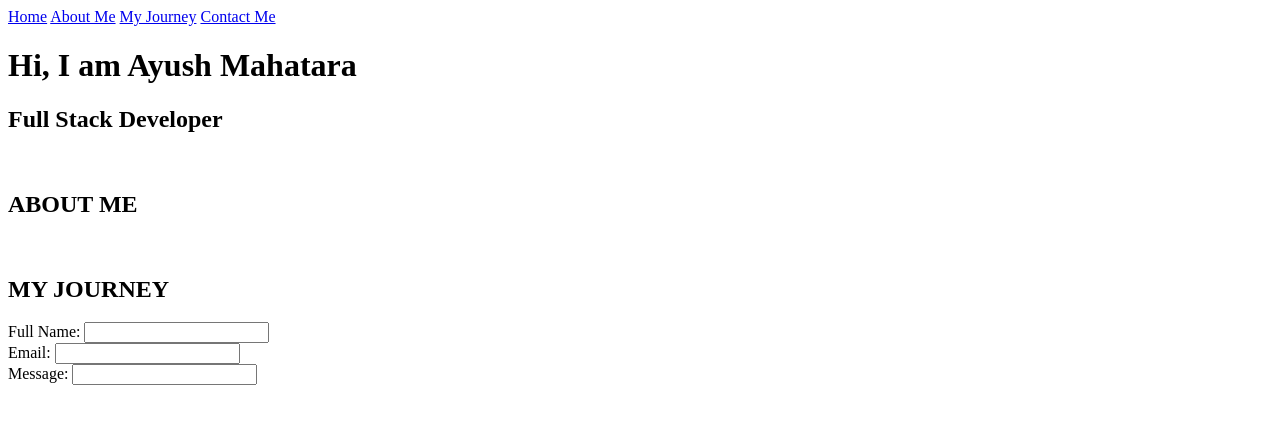
Repository: AyushMahatara/personal-website
Page: New folder/index.html
The author's editor kept a copy of each file at every save. The page is drawn from the files as they stood at one save, then again after a run of saves.
The browser window is 1280 px wide. The pictures show the whole page.

Above is the page before, as saved 2023-07-19 22:26:35.

### New folder/index.html
<!DOCTYPE html>
<html lang="en">
  <head>
    <meta charset="UTF-8" />
    <meta name="viewport" content="width=device-width, initial-scale=1.0" />
    <title>GA</title>
  </head>
  <body>
    <div>
      <div class="first">
        <div></div>
        <div>
          <nav>
            <a href="#">Home</a>
            <a href="#">About Me</a>
            <a href="#">My Journey</a>
            <a href="#">Contact Me</a>
            <!-- <a href="#">Home</a> -->
          </nav>
        </div>
        <div>
          <h1>Hi, I am Ayush Mahatara</h1>
          <h2>Full Stack Developer</h2>
          <img src="" alt="" />
        </div>
      </div>
      <div class="second">
        <h2>ABOUT ME</h2>
        <div class="profilePic">
          <img src="" alt="" />
        </div>
        <div class="aboutMe"></div>
      </div>

      <div class="third">
        <h2>MY JOURNEY</h2>
        <div class="experience"></div>
      </div>

      <div class="contactMe">
        <div>
          <form action="">
            <div>
              <label for="">Full Name:</label>
              <input type="text" />
            </div>
            <div>
              <label for="">Email:</label>
              <input type="email" required />
            </div>
            <div>
              <label for="">Message:</label>
              <input type="textarea" />
            </div>
          </form>
        </div>
      </div>
    </div>
  </body>
</html>

After the next 2 saves:
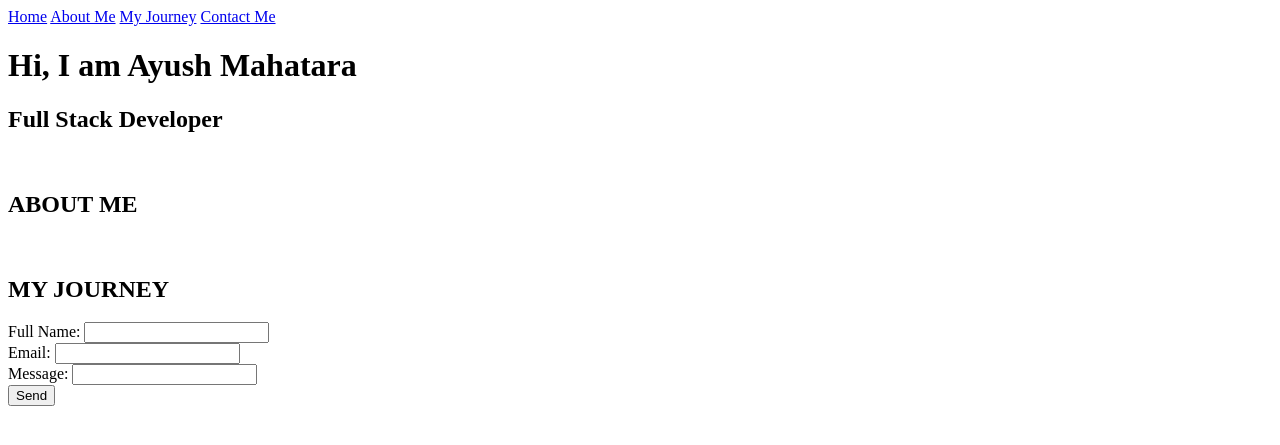
The 2 saves are shown as one change because they came seconds apart.
The last was saved 27 s later.
--- a/New folder/index.html
+++ b/New folder/index.html
@@ -51,6 +51,9 @@
             <div>
               <label for="">Message:</label>
               <input type="textarea" />
+              <div>
+                <button type="submit">Send</button>
+              </div>
             </div>
           </form>
         </div>
